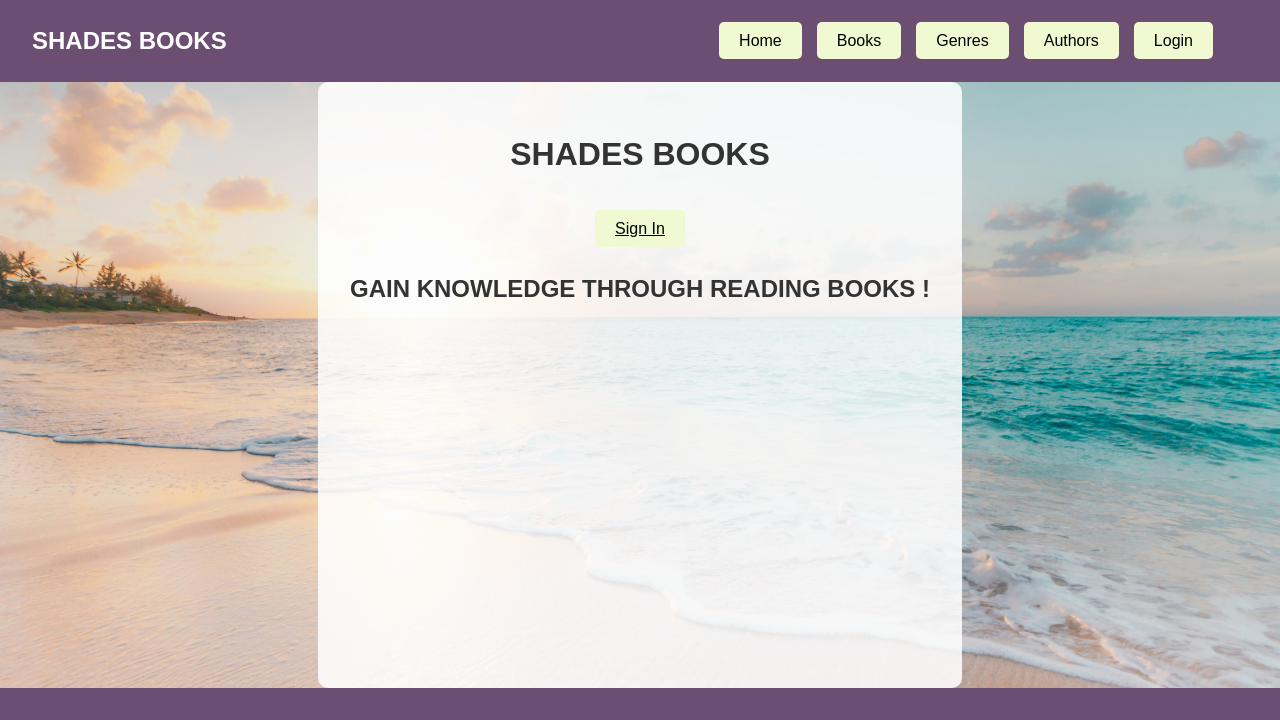
Repository: Harishsuresh-kumar/Library-Web
Page: WORK SITE/User.html
The author's editor kept a copy of each file at every save. The page is drawn from the files as they stood at one save, then again after a run of saves.
The browser window is 1280 px wide. The pictures show the whole page.

Above is the page before, as saved 2024-11-07 06:56:16.

After the next 4 saves:
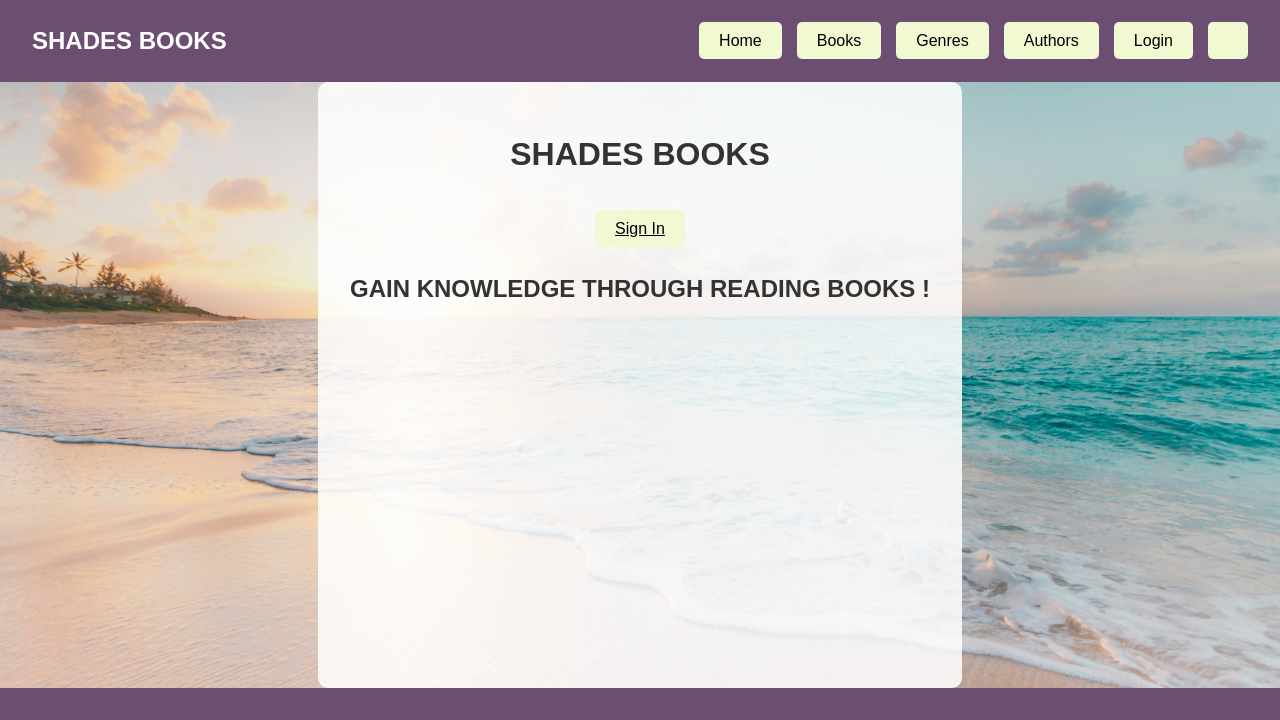
The 4 saves are shown as one change because they came seconds apart.
The last was saved 13 s later.
--- a/WORK SITE/User.html
+++ b/WORK SITE/User.html
@@ -19,7 +19,7 @@
                     <li><a href="genre.html" class="button">Genres</a></li>
                     <li><a href="Authors.html" class="button">Authors</a></li>
                     <li><a href="Admin Login.html" class="button">Login</a></li>
-                    <li><a href="#"></a></li>
+                    <li><a href="#" class="button"></a></li>
                 </ul>
             </nav>
         </header>
